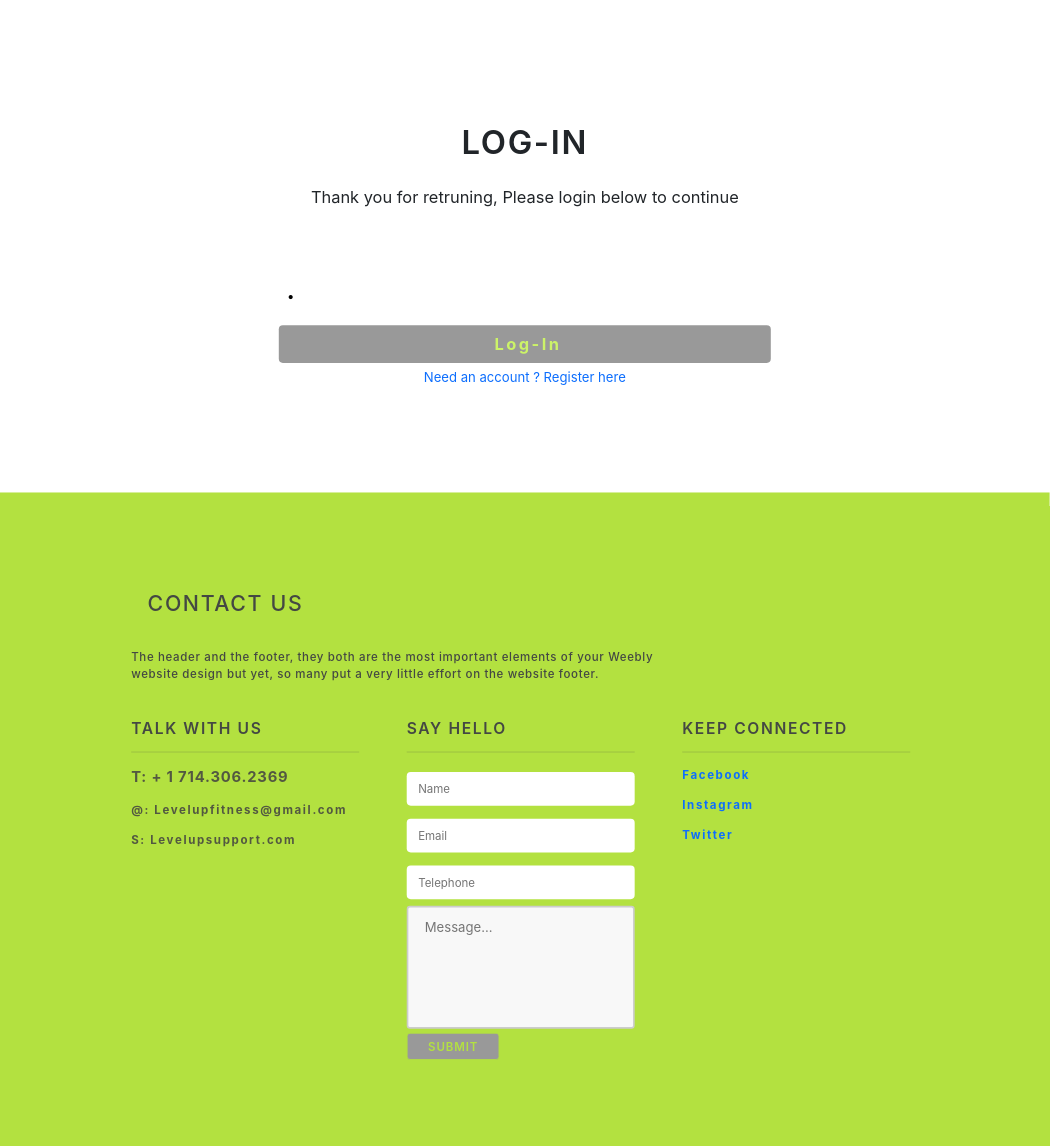
Repository: Bojurie/Level-up
Page: /login (app in client/)
The author's editor kept a copy of each file at every save. The page is drawn from the files as they stood at one save, then again after the next save.
The browser window is 1280 px wide. The pictures show the part of the page from y = 314 to 1711 px (the page is 1711 px tall), at 82% of full size.
Some web fonts or font styles are not loaded; a fallback is used. Some web libraries are served in a nearby version. The project was rebuilt for these pictures with package versions that can differ from the ones it lists, and the page was loaded fresh each time. Also part of the build but not shown: client/src/components/Carousel.css, client/src/components/Carousel.js, client/src/components/BlogIist.js, client/src/components/HomeVlog.css, client/src/components/HomeVlog.js, client/src/components/homeProducts.css, client/src/components/HomeProducts.js, client/src/components/HomeShop.css and 12 more.

Above is the page before, as saved 2022-12-04 13:03:09.

After the next save:
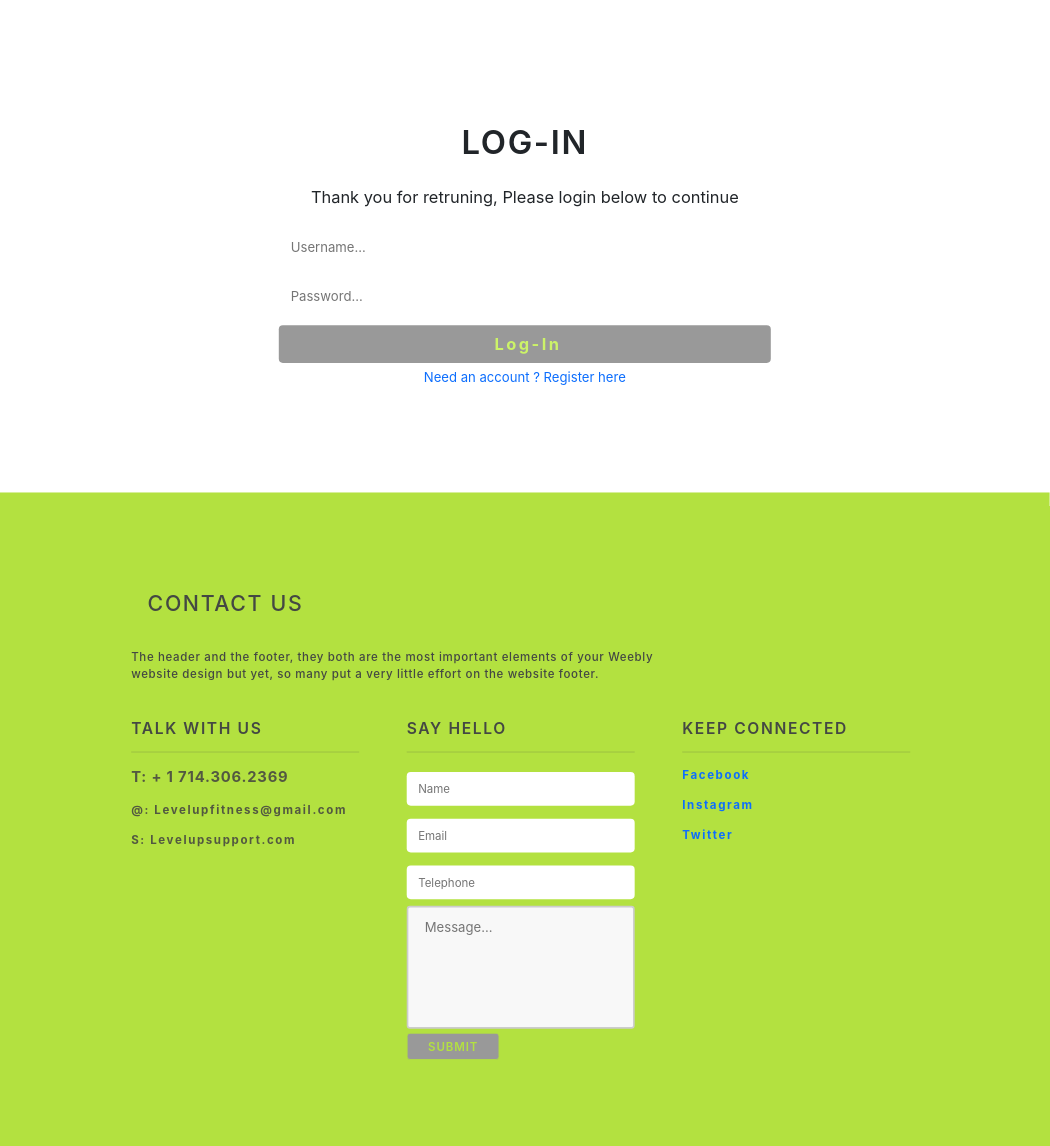
Saved 16 min 57 s later.
--- a/client/src/components/auth/LoginForm.js
+++ b/client/src/components/auth/LoginForm.js
@@ -6,8 +6,8 @@ import './LoginForm.css'
 const LoginForm = () => {
     const regUrl = 'http://localhost:5001/auth/login'
     const [ userLogin, setUserLogin ] = useState({
-        username: " ",
-        password: " "
+        username: "",
+        password: ""
     })
 
     const handleInputChange = (e) => {
